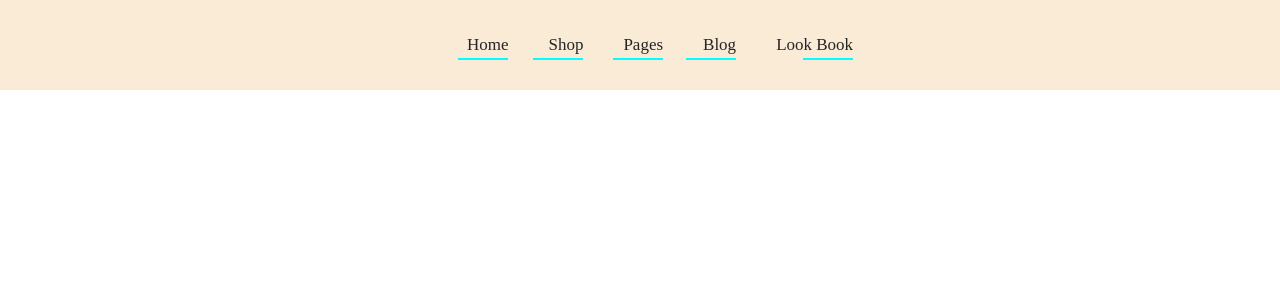
Repository: MorgunovaAlexandra/beauti
Page: index.html
The author's editor kept a copy of each file at every save. The page is drawn from the files as they stood at one save, then again after a run of saves.
The browser window is 1280 px wide. The pictures show the whole page.

Above is the page before, as saved 2022-08-24 12:19:55.

### index.html
<!DOCTYPE html>
<html lang="en">
<head>
    <meta charset="UTF-8">
    <meta http-equiv="X-UA-Compatible" content="IE=edge">
    <meta name="viewport" content="width=device-width, initial-scale=1.0">
    <link rel="stylesheet" href="./style.css">
    <title>Document</title>
</head>
<body>
    <div class="wrapper">
        <header class="header">
            <div class="header-container _container">
            <nav class="dws-menu">
                <ul class="menu-list">
                    <li><a href="#"><i class="fa fa-"></i>Home</a></li>
                    <li><a href="#"><i class="fa fa-"></i>Shop</a></li>
                    <li><a href="#"><i class="fa fa-"></i>Pages</a></li>
                    <li><a href="#"><i class="fa fa-"></i>Blog</a></li>
                    <li><a href="#"><i class="fa fa-"></i>Look Book</a></li>
                </ul>

            </nav>
            </div>
        </header>
    </div>
</body>
</html>

### style.css
* {
	margin: 0;
	padding: 0;
	border: 0;
	box-sizing: border-box;
}
:before,:after{
	padding: 0;
	margin: 0;
	border: 0;
	box-sizing: border-box;
}
html,body{
	height: 100%;
    font-family: 'SofiaProRegular';
	font-size: 18px;
	font-weight: 400;
}

.wrapper{
	width: 100%;
	overflow: hidden;

}
._container{
	max-width: 1170px;
	margin: 0px auto;
	padding: 0px 10px;
}
._container{
	max-width: 1170px;
	margin: 0px auto;
	padding: 0px 10px;
}
/*--------------------------*/
.header {
	font-family: 'TTCommons-Medium';
	position: absolute;/*---------изменено-----------------*/
	width: 100%;
	top: 0;
	left: 0;
	z-index: 50;
	font-size: 17px;
    height: 90px;
    background-color: antiquewhite;

}
.menu-list{
    display: flex;
    justify-content: center;
    align-items: center;
    height: 90px;

}
.menu-list li ::after{
   content: "";
   position: absolute;
   height: 2px;
   width: 50px;
   background-color: aqua;
   bottom:-5px;
   right: 0%;
}

a{

    text-decoration: none;
    color:rgb(37, 37, 37);
    margin-left: 40px;
}
li{
    list-style: none;
    position: relative;
}

After the next 3 saves:
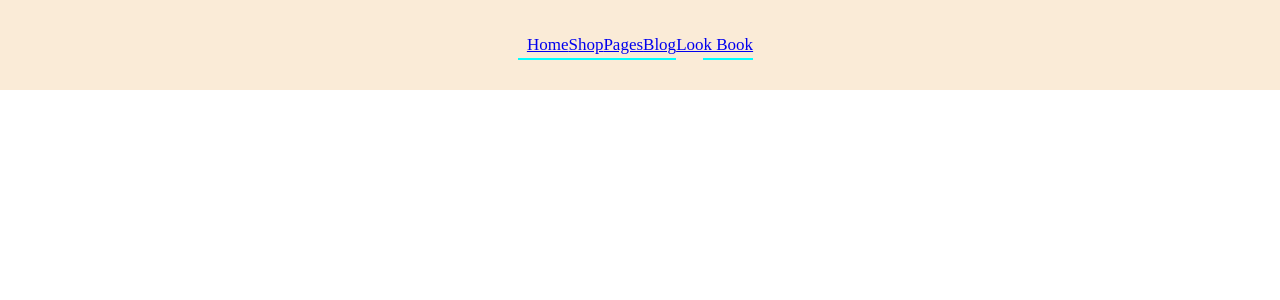
The 3 saves are shown as one change because they came seconds apart.
The last was saved 10 s later.
--- a/style.css
+++ b/style.css
@@ -61,7 +61,7 @@ html,body{
    bottom:-5px;
    right: 0%;
 }
-
+.menu-list li:ho
 a{
 
     text-decoration: none;
